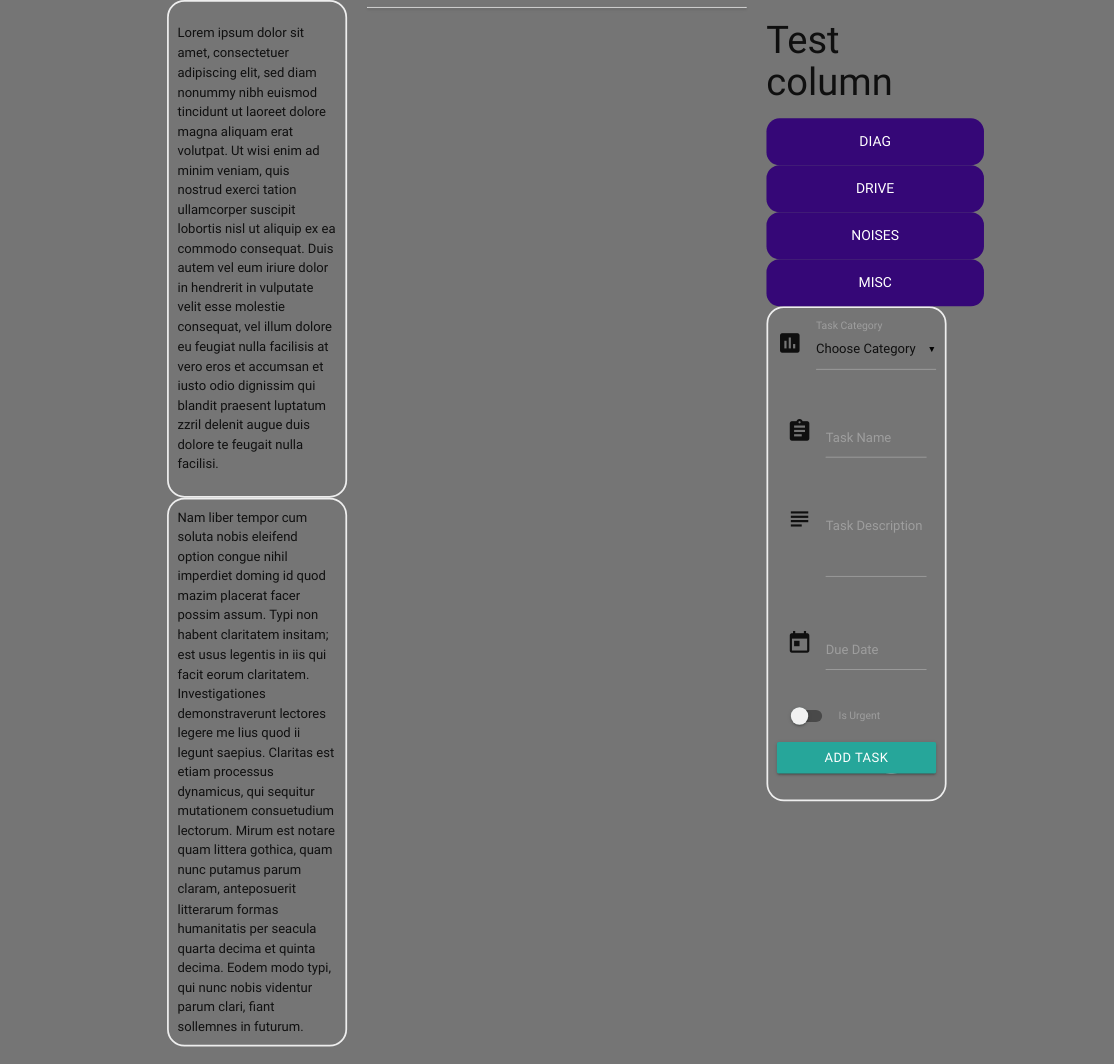
Repository: teetsjeremy/dcProject
Page: http://localhost/
The author's editor kept a record of every edit. The page is drawn from the files as they stood at one moment, then again after the next edit.
The browser window is 1280 px wide. The pictures show the whole page, at 87% of full size.
Some web libraries are served in a nearby version. The page is served by the project's application, run on Flask 3 (app.py). Queries for data that is not in the repository find no rows.

Above is the page before.

After the next edit:
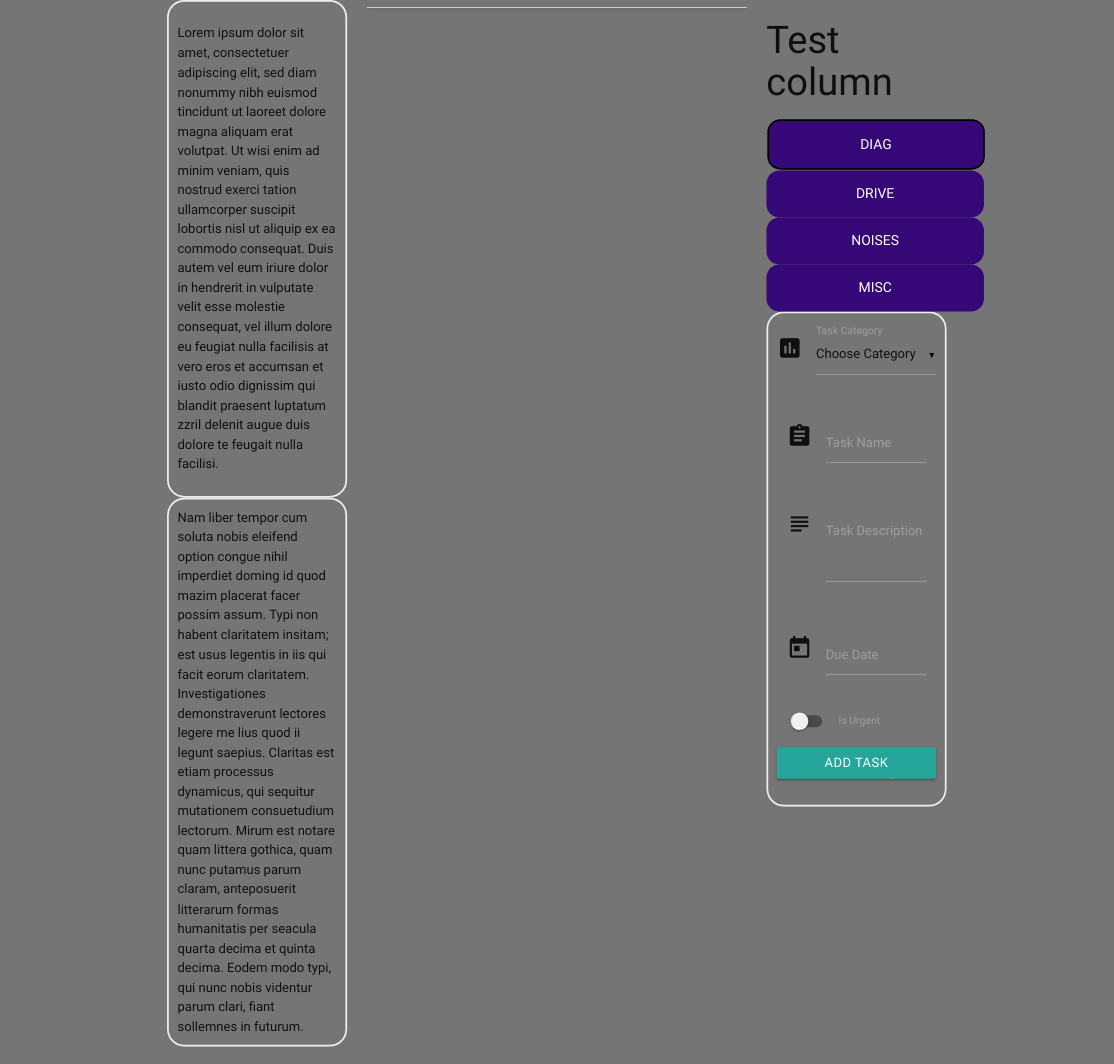
The edit:
--- a/static/css/style.css
+++ b/static/css/style.css
@@ -36,6 +36,9 @@
     cursor: pointer;
     width:250px;
     border-radius: 15px;
+    border-radius: 15px;
+    border: 2px solid black;
+    margin: 1px;
 }
 
 .drive{
